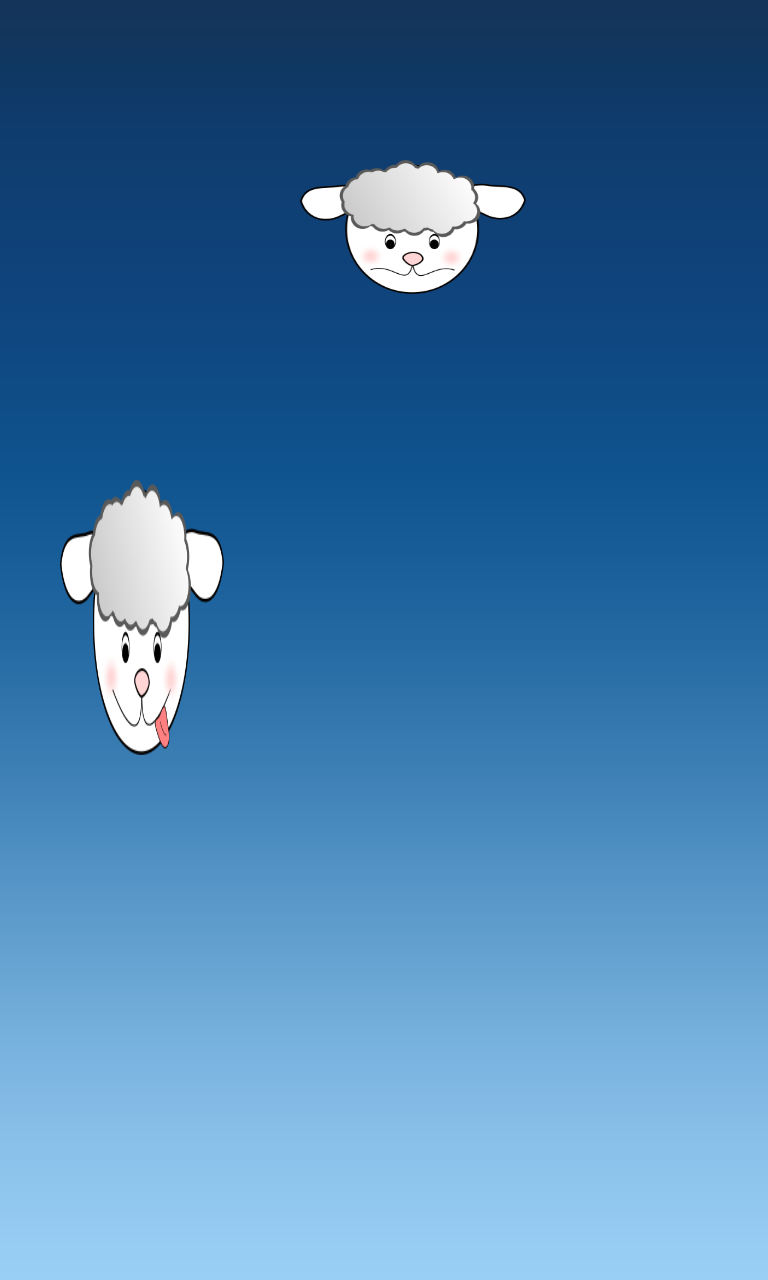
Repository: exilonX/CodeWarsFelula
Layout: Baa/res/layout/end_game.xml
An editor plug-in stored every save of this project. The layout is shown before and after the next save, followed by the edit.
It is drawn on a 768 x 1280 px phone screen (xhdpi) without system bars, with theme AppTheme; the app's code is not run.

Above is the layout before, as saved 2014-02-22 17:41:14.

After the next save:
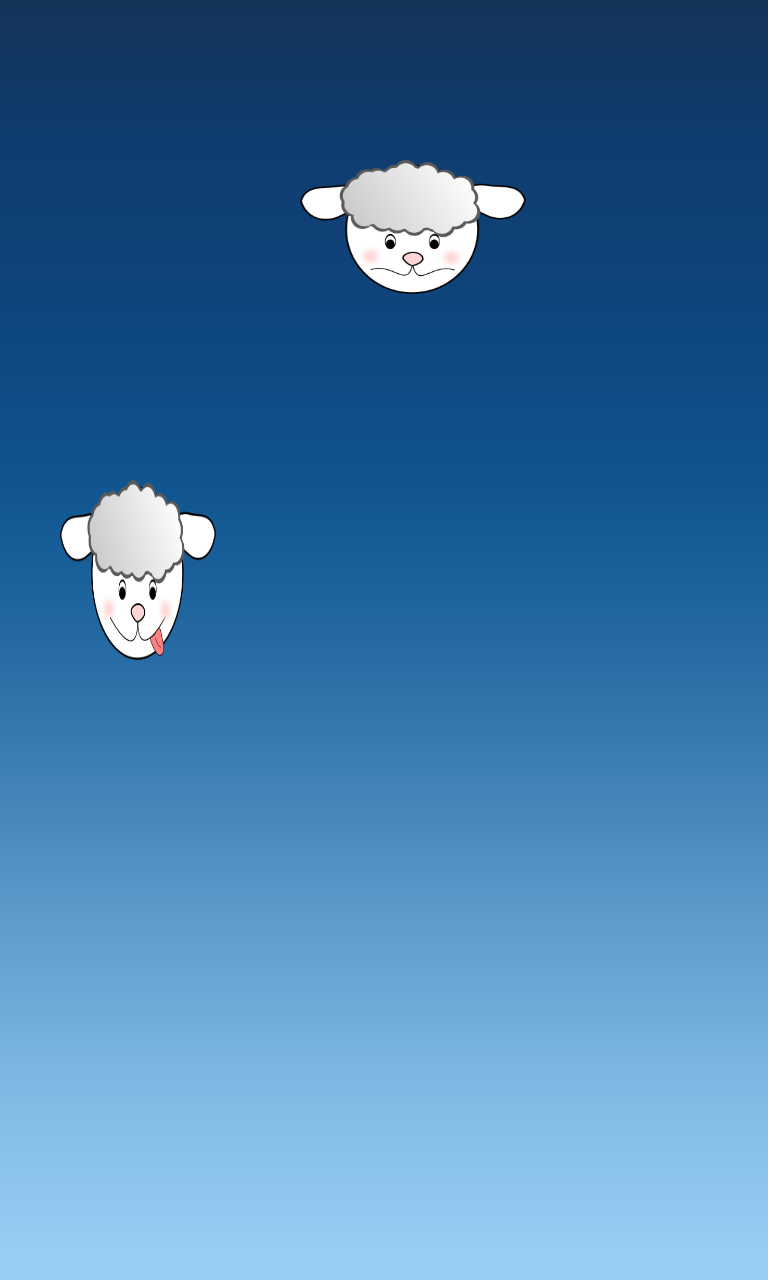
Saved 18 s later.
--- a/Baa/res/layout/end_game.xml
+++ b/Baa/res/layout/end_game.xml
@@ -18,14 +18,12 @@
 
     <Button
         android:id="@+id/player2"
-        android:layout_width="82dp"
-        android:layout_height="wrap_content"
+        android:layout_width="78dp"
+        android:layout_height="90dp"
         android:layout_marginBottom="0dp"
         android:layout_marginLeft="30dp"
         android:layout_marginRight="120dp"
-        android:background="@drawable/happy"
         android:layout_marginTop="240dp"
-        />
-
+        android:background="@drawable/happy" />
 
 </FrameLayout>
